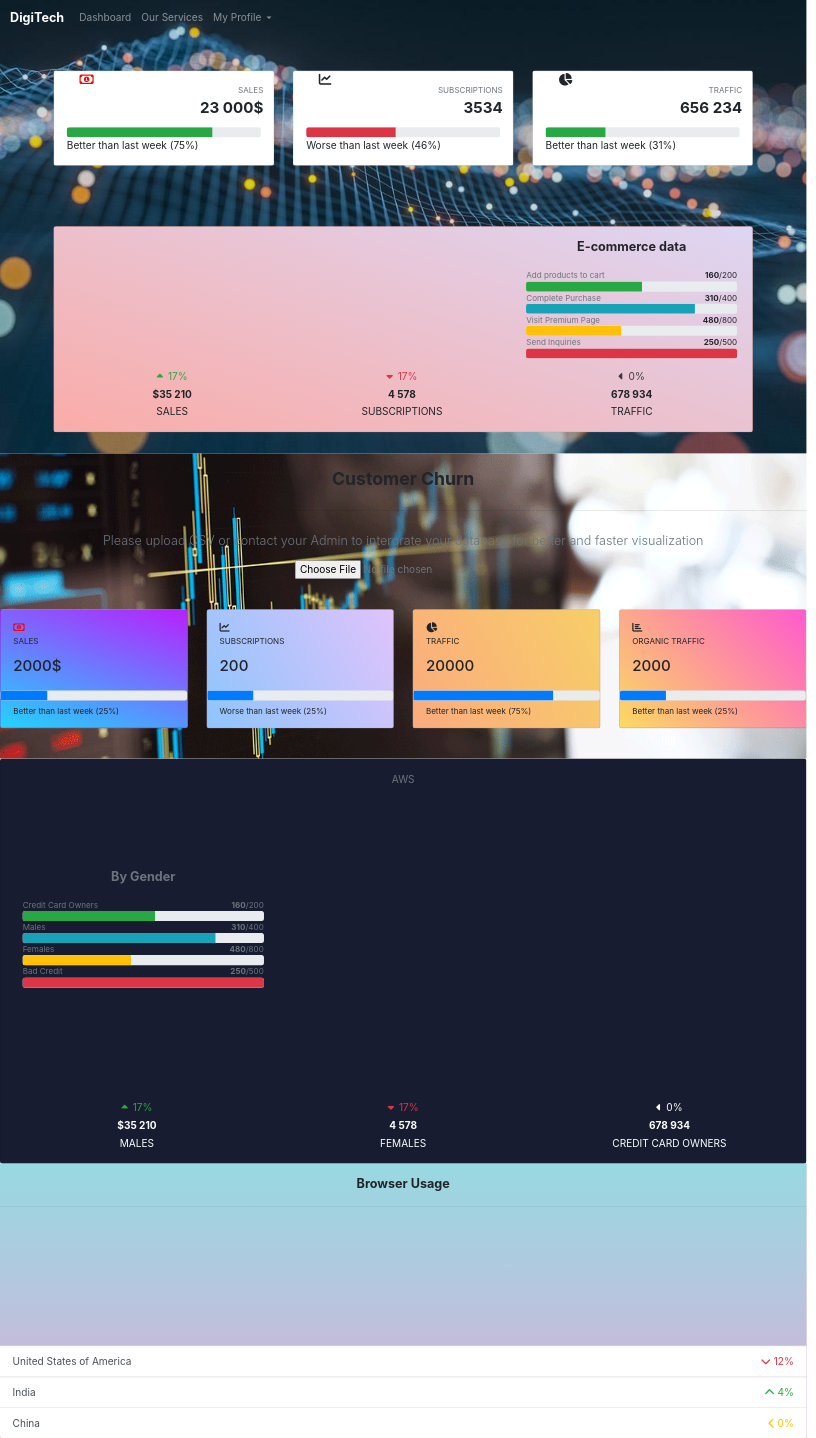
Repository: Tookliin/DigiTech
Page: /data
The author's editor kept a copy of each file at every save. The page is drawn from the files as they stood at one save, then again after the next save.
The browser window is 1280 px wide. The page is 1295 px wide, so the pictures cover 1295 px, including what lies to the right of the window. The pictures show the whole page, at 63% of full size.
The project was rebuilt for these pictures with package versions that can differ from the ones it lists, and the page was loaded fresh each time. Also part of the build but not shown: src/components/Dashboard.vue, src/components/Profile.vue, src/components/Error.vue, src/components/Register.vue.

Above is the page before, as saved 2020-07-22 08:52:49.

After the next save:
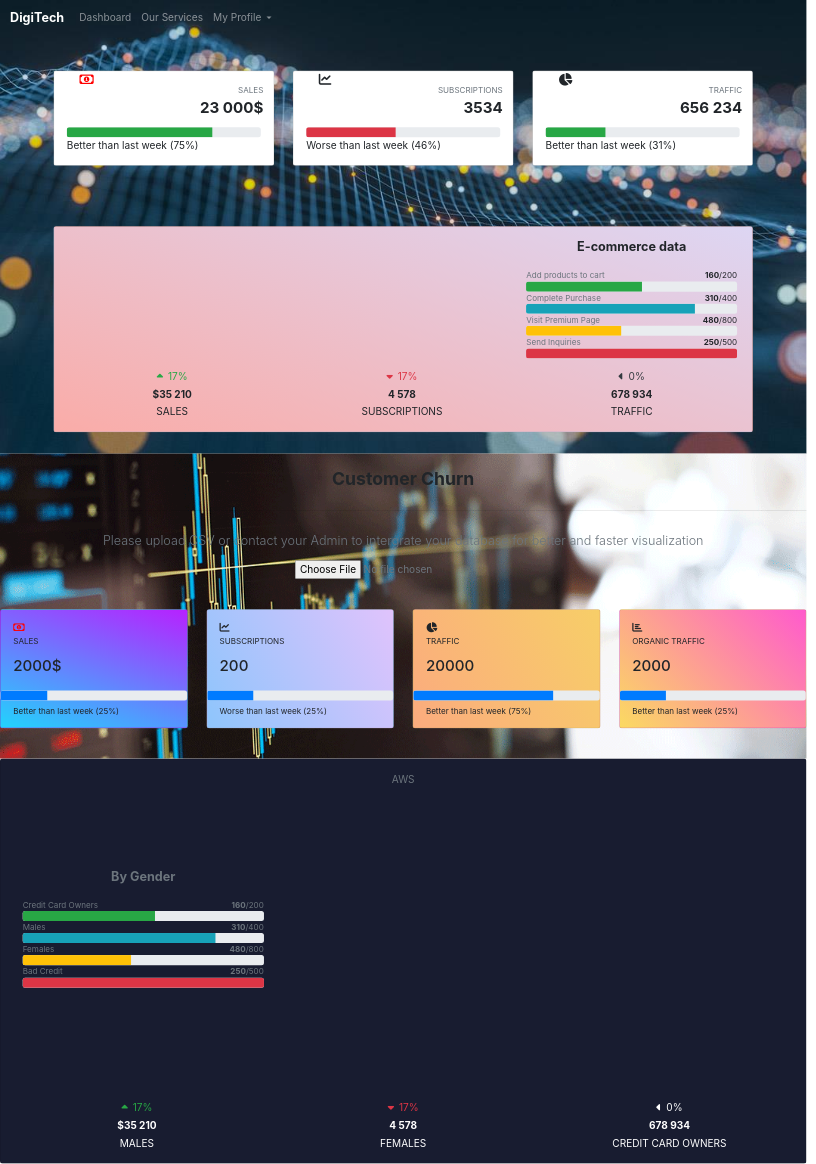
Saved 27 s later.
--- a/src/components/Organization.vue
+++ b/src/components/Organization.vue
@@ -307,51 +307,7 @@
       </div>
     </div>
   </section>
- <section>
-
-    <div class="profile">
-      <div class="card-body px-0 pb-0">
-
-        <h5 class="text-center font-weight-bold mb-4">Browser Usage</h5>
-
-        <hr>
-
-        <!--Grid row-->
-        <div class="row mt-3 pt-3">
-
-          <!--Grid column-->
-          <div class="col-md-6 mb-4 mb-md-0 mx-auto">
-
-            <canvas id="doughnutChart"></canvas>
-
-          </div>
-          <!--Grid column-->
-
-          <!--Grid column-->
-          <div class="col-12 pt-4 mt-2 mb-4 mb-md-0 mx-auto">
-
-            <div class="list-group">
-              <a href="#!" class="list-group-item list-group-item-action rounded-0 border-left-0 border-right-0 d-flex justify-content-between align-items-center">United States of America
-                <span class="text-danger"><i class="fas fa-chevron-down"></i> 12%</span>
-              </a>
-              <a href="#!" class="list-group-item list-group-item-action rounded-0 border-left-0 border-right-0 d-flex justify-content-between align-items-center">India
-                <span class="text-success"><i class="fas fa-chevron-up"></i> 4%</span>
-              </a>
-              <a href="#!" class="list-group-item list-group-item-action border-bottom-0 border-left-0 border-right-0 rounded-bottom-left rounded-bottom-right d-flex justify-content-between align-items-center">China
-                <span class="text-warning"><i class="fas fa-chevron-left"></i> 0%</span>
-              </a>
-            </div>
-
-          </div>
-          <!--Grid column-->
-
-        </div>
-        <!--Grid row-->
-
-      </div>
-    </div>
-
-  </section>
+
 
 
     </div>
